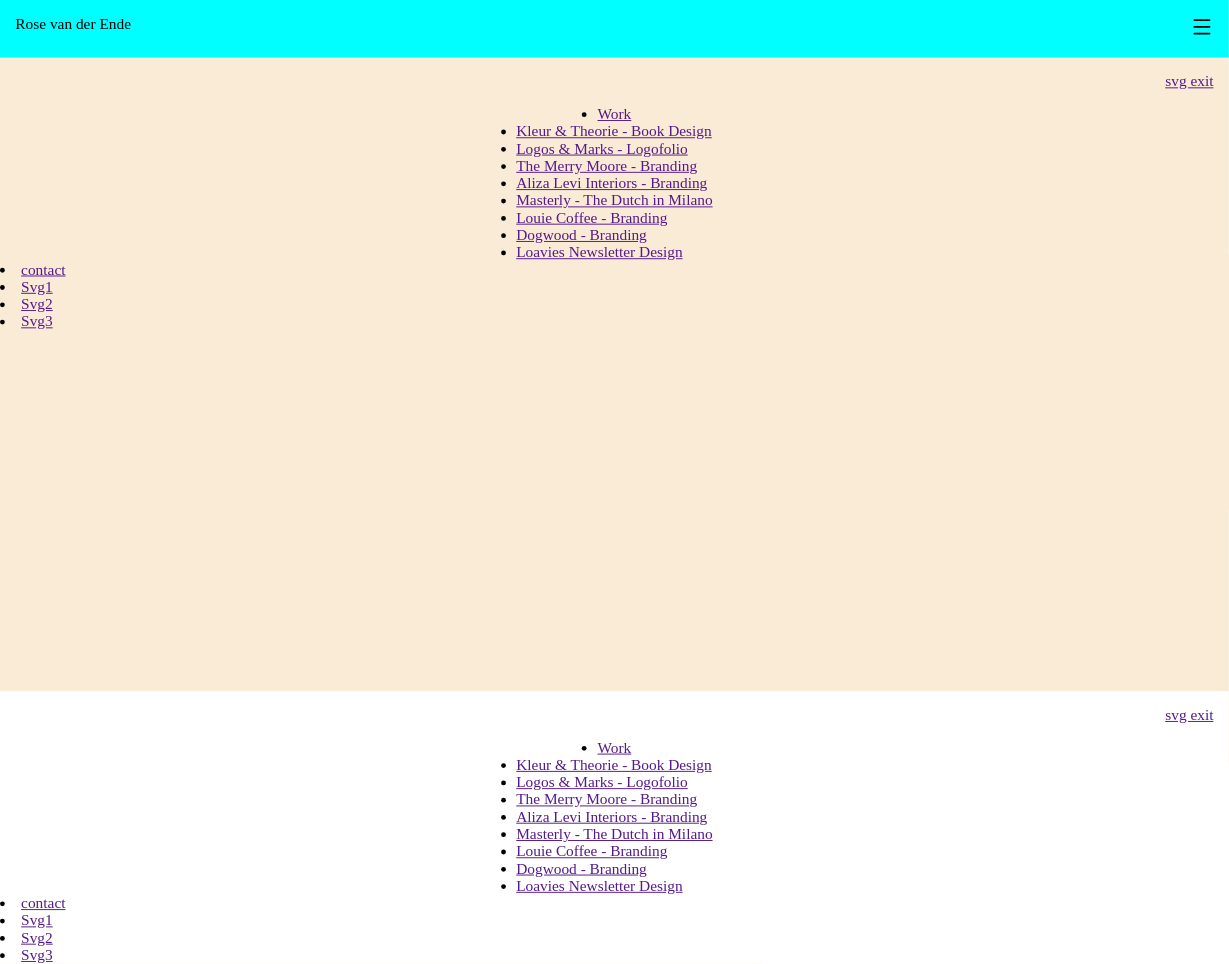
Repository: rahanwz/rose-project-daneshkar
Page: rose.html
An editor plug-in stored every save of this project. The page is shown before and after a run of saves, followed by the edit.
The browser window is 1280 px wide. The pictures show the whole page, at 96% of full size.

Above is the page before, as saved 2024-02-25 12:03:52.
Console error: SyntaxError: Unexpected token '('

### rose.html
<!DOCTYPE html>
<html lang="en">
  <head>
    <meta charset="UTF-8" />
    <meta name="viewport" content="width=device-width, initial-scale=1.0" />
    <title>Rose</title>
    <link rel="stylesheet" href="rose.css" />
  </head>
  <body>
    <div class="container">
      <div class="navbar">
        <div class="logo">
          <div class="name_logo">Rose van der Ende</div>
          <div class="hamber_menu">
            <a href="">
              <svg class="svg-icon" viewBox="0 0 20 20">
                <path
                  fill="none"
                  d="M3.314,4.8h13.372c0.41,0,0.743-0.333,0.743-0.743c0-0.41-0.333-0.743-0.743-0.743H3.314
								c-0.41,0-0.743,0.333-0.743,0.743C2.571,4.467,2.904,4.8,3.314,4.8z M16.686,15.2H3.314c-0.41,0-0.743,0.333-0.743,0.743
								s0.333,0.743,0.743,0.743h13.372c0.41,0,0.743-0.333,0.743-0.743S17.096,15.2,16.686,15.2z M16.686,9.257H3.314
								c-0.41,0-0.743,0.333-0.743,0.743s0.333,0.743,0.743,0.743h13.372c0.41,0,0.743-0.333,0.743-0.743S17.096,9.257,16.686,9.257z"
                ></path></svg
            ></a>
          </div>
        </div>
        <div class="menu_show">
          <div class="exit"><a href="">svg exit</a></div>

          <div class="work">
            <ul>
              <li><a href="">Work</a></li>
            </ul>
          </div>

          <div class="items">
            <ul>
              <li><a href="">Kleur & Theorie - Book Design</a></li>
              <li><a href="">Logos & Marks - Logofolio</a></li>
              <li><a href="">The Merry Moore - Branding</a></li>
              <li><a href="">Aliza Levi Interiors - Branding</a></li>
              <li><a href="">Masterly - The Dutch in Milano</a></li>
              <li><a href="">Louie Coffee - Branding</a></li>
              <li><a href="">Dogwood - Branding</a></li>
              <li><a href="">Loavies Newsletter Design</a></li>
            </ul>
          </div>

          <div class="contact">
            <li><a href="">contact</a></li>
          </div>
          <div class="icons">
            <li><a href="">Svg1</a></li>
            <li><a href="">Svg2</a></li>
            <li><a href="">Svg3</a></li>
          </div>
        </div>
      </div>
    </div>

<div class="menu">
          <div class="exit"><a href="">svg exit</a></div>

          <div class="work">
            <ul>
              <li><a href="">Work</a></li>
            </ul>
          </div>

          <div class="items">
            <ul>
              <li><a href="">Kleur & Theorie - Book Design</a></li>
              <li><a href="">Logos & Marks - Logofolio</a></li>
              <li><a href="">The Merry Moore - Branding</a></li>
              <li><a href="">Aliza Levi Interiors - Branding</a></li>
              <li><a href="">Masterly - The Dutch in Milano</a></li>
              <li><a href="">Louie Coffee - Branding</a></li>
              <li><a href="">Dogwood - Branding</a></li>
              <li><a href="">Loavies Newsletter Design</a></li>
            </ul>
          </div>

          <div class="contact">
            <li><a href="">contact</a></li>
          </div>
          <div class="icons">
            <li><a href="">Svg1</a></li>
            <li><a href="">Svg2</a></li>
            <li><a href="">Svg3</a></li>
          </div>
        </div>







    <script>

      document.querySelector(".hamber_menu").addEventListener.('click',()=>{
        document.querySelector(".menu").classList.toggle(".menu_show");
      })
    </script>
  </body>
</html>

### rose.css
* {
  padding: 0;
  margin: 0;
  box-sizing: border-box;
}

.container {
  height: 100vh;
  background-color: antiquewhite;
}

.logo {
  padding: 1rem;
  display: flex;
  background-color: aqua;
  justify-content: space-between;
}
.svg-icon {
  width: 1.5em;
  height: 1.5em;
}

.svg-icon path,
.svg-icon polygon,
.svg-icon rect {
  fill: #000;
}

.svg-icon circle {
  stroke: #000;
  stroke-width: 2;
}

.hamber_menu {
}

.exit {
  display: flex;
  padding: 1rem;
  justify-content: flex-end;
}

.work {
  display: flex;
  justify-content: center;
}

.items {
  display: flex;
  justify-content: center;
}
@media only screen and (max-width: 600px) {
  .menu {
  }
  .menu_show {
  }
}

After the next 3 saves:
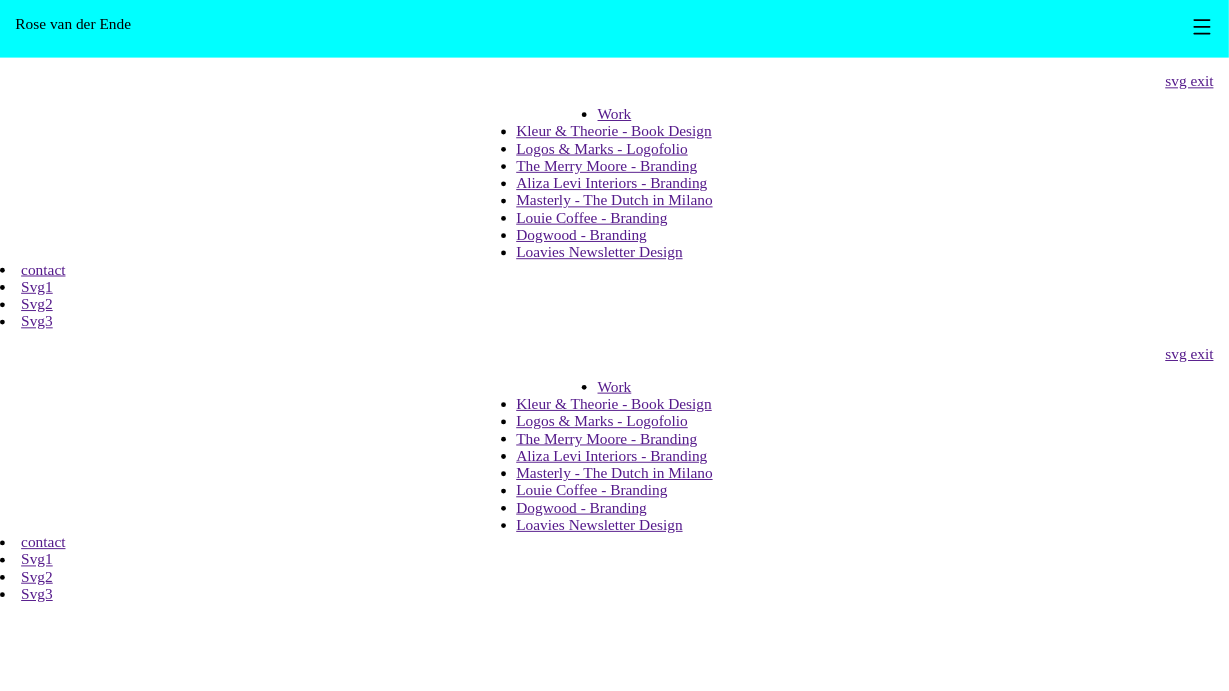
The 3 saves are shown as one change because they came seconds apart.
The last was saved 3 min 26 s later.
--- a/rose.css
+++ b/rose.css
@@ -3,6 +3,8 @@
   margin: 0;
   box-sizing: border-box;
 }
+
+menu
 
 .container {
   height: 100vh;
